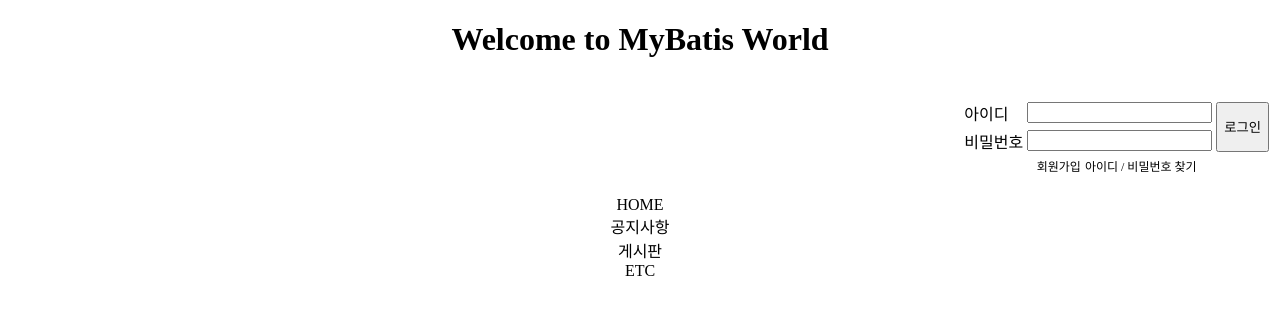
Repository: kimalbab/07_mybatis
Page: http://localhost/mybatisProject/
An editor plug-in stored every save of this project. The page is shown before and after the next save, followed by the edit.
The browser window is 1280 px wide. The pictures show the whole page.
The page is served by Tomcat 9.

Above is the page before, as saved 2022-08-12 06:04:28.

After the next save:
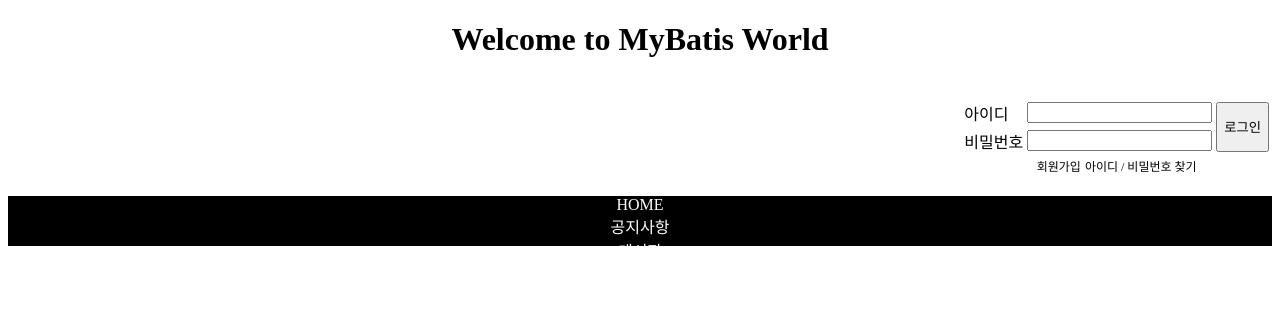
Saved 51 s later.
--- a/mybatisProject/src/main/webapp/WEB-INF/views/common/menubar.jsp
+++ b/mybatisProject/src/main/webapp/WEB-INF/views/common/menubar.jsp
@@ -11,6 +11,12 @@
 		text-decoration : none;
 		color : black;
 		font-size:12px;
+	}
+
+	.nav-area{
+		background-color:black;
+		color:white;
+		height:50px;
 	}
 </style>
 </head>
